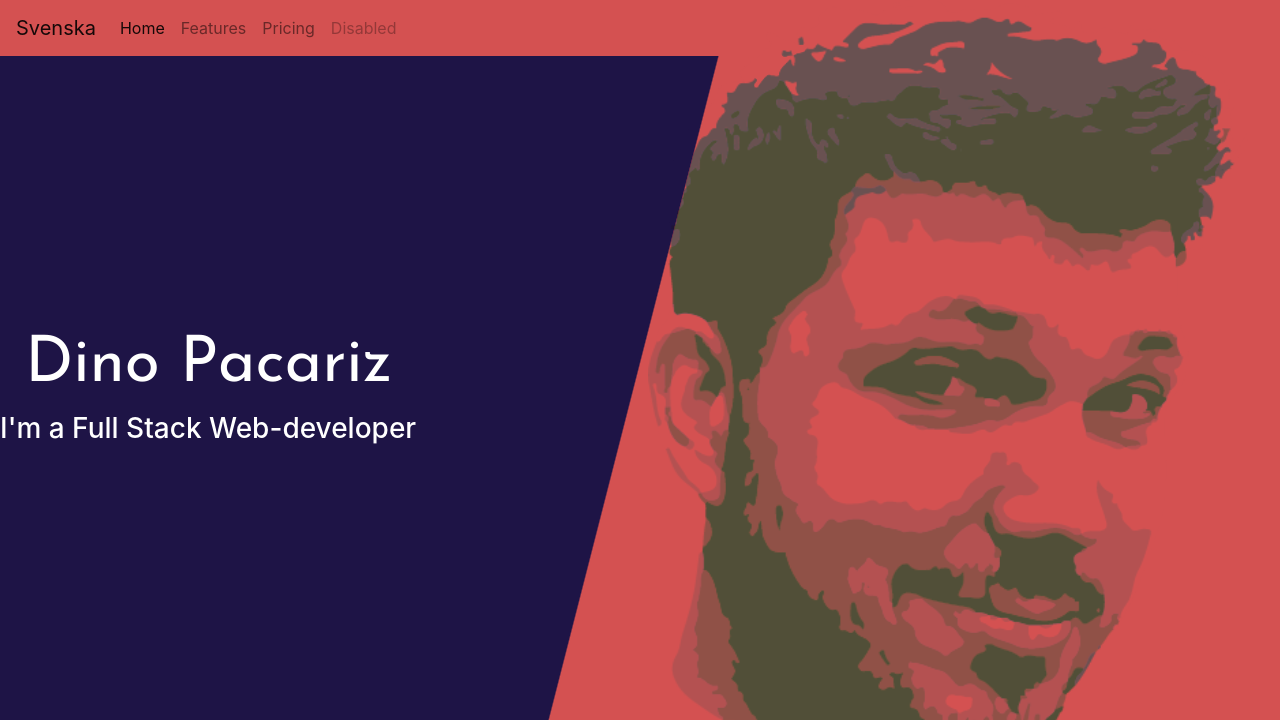
Repository: ImDino/Portfolio
Page: index.html
These files come from the project's save history. The page is drawn as it stood at one moment and after the next save; the edit follows.
The browser window is 1280 px wide. The pictures show the whole page.
Some web libraries are served in a nearby version. The style sheet was rebuilt from its Sass, Less or Tailwind sources for each picture, by a compiler version that may differ from the author's.

Above is the page before, as saved 2020-11-04 00:18:57.

After the next save:
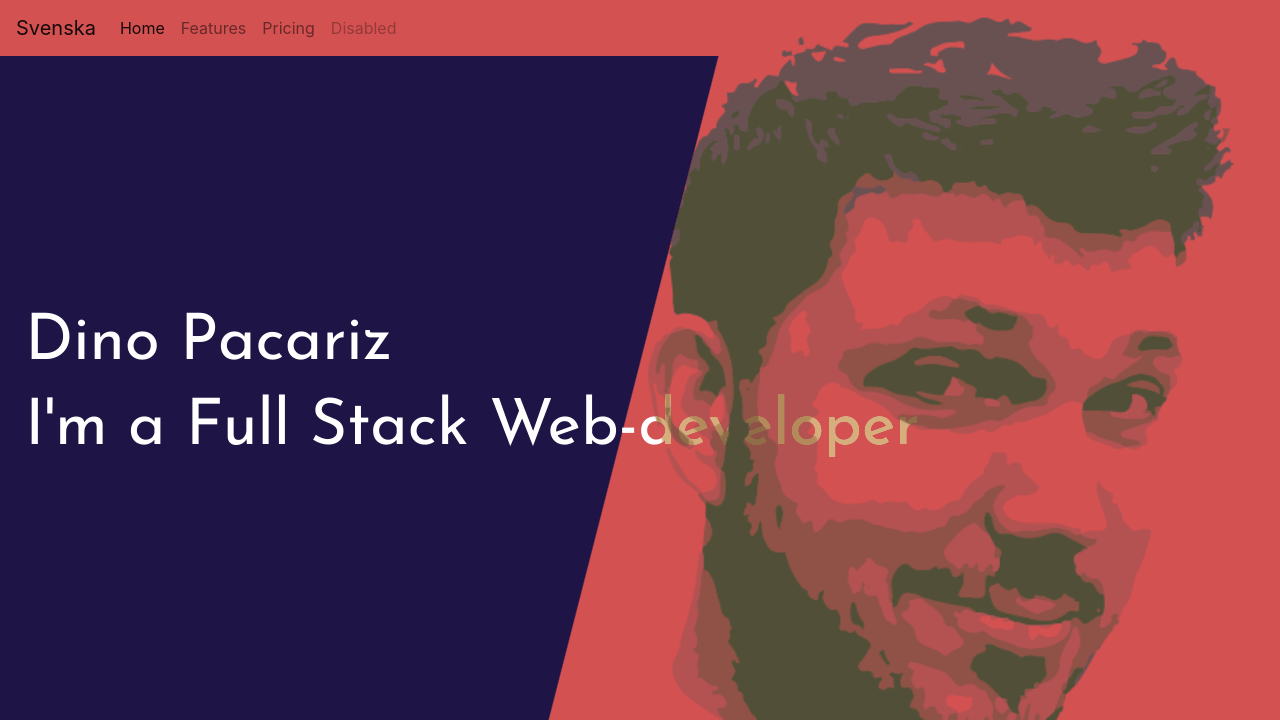
Saved 20 s later.
--- a/scss/main.scss
+++ b/scss/main.scss
@@ -26,7 +26,7 @@ body {
     display: grid;
     place-content: center left;
 
-    h1, h4 {
+    h1, h3 {
         margin-left: 25px;
         font-family: 'Josefin Sans', sans-serif;
         font-size: 4em;
